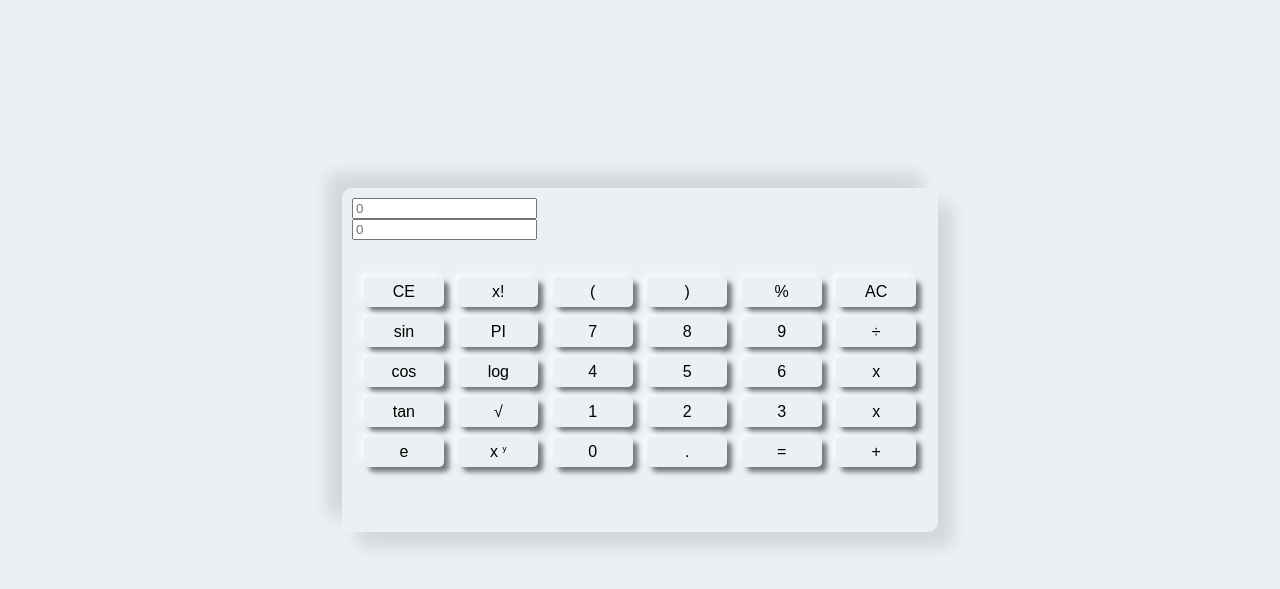
Repository: Haakim19/Scientific-Calculator
Page: intex.html
The author's editor kept a copy of each file at every save. The page is drawn from the files as they stood at one save, then again after the next save.
The browser window is 1280 px wide. The pictures show the whole page.

Above is the page before, as saved 2024-10-27 12:20:43.

After the next save:
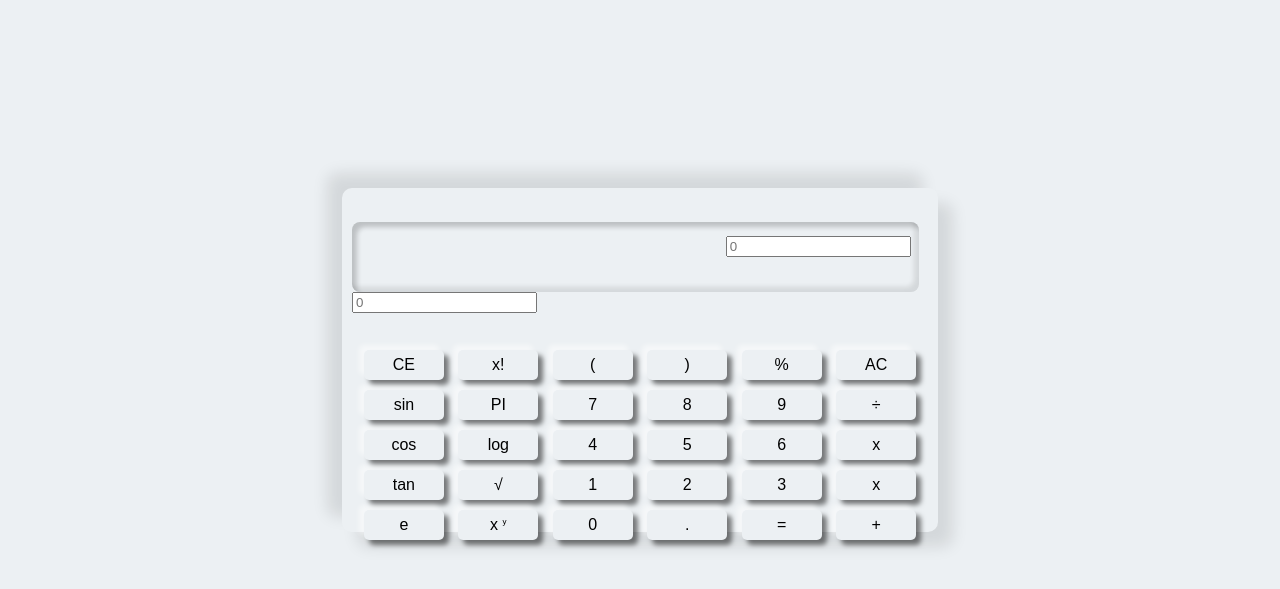
Saved 25 s later.
--- a/Style.css
+++ b/Style.css
@@ -18,7 +18,7 @@ body{
     box-shadow: 15px 15px 15px rgba(0, 0, 0, 0.1),
                 -15px -15px 15px rgba(0, 0, 0, 0.1);
 }
-.display #screen1{
+.display .display1{
     width: 97%;
     height: 70px;
     border: none;
